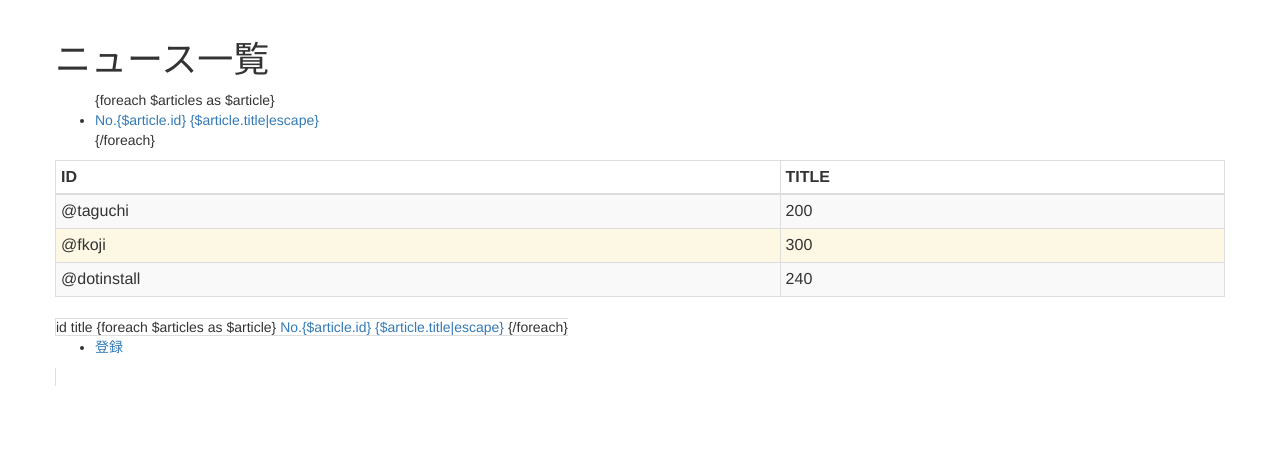
Repository: misakitaro/news-php-20160704-cl9
Page: templates/index.html
The author's editor kept a record of every edit. The page is drawn from the files as they stood at one moment, then again after the next edit.
The browser window is 1280 px wide. The pictures show the whole page.

Above is the page before.

### templates/index.html
<html lang="ja">

<head>
  <meta charset="utf-8">
  <title>ニュース</title>
  <!-- Latest compiled and minified CSS -->
  <link rel="stylesheet" href="https://maxcdn.bootstrapcdn.com/bootstrap/3.3.6/css/bootstrap.min.css" integrity="sha384-1q8mTJOASx8j1Au+a5WDVnPi2lkFfwwEAa8hDDdjZlpLegxhjVME1fgjWPGmkzs7" crossorigin="anonymous">
  <!-- Optional theme -->
  <link rel="stylesheet" href="https://maxcdn.bootstrapcdn.com/bootstrap/3.3.6/css/bootstrap-theme.min.css" integrity="sha384-fLW2N01lMqjakBkx3l/M9EahuwpSfeNvV63J5ezn3uZzapT0u7EYsXMjQV+0En5r" crossorigin="anonymous">
</head>

<body>
  <div class="container" style="padding:20px 0">
    <h1>ニュース一覧</h1>
    <ul>
      {foreach $articles as $article}
      <li><a href="view.php?id={$article.id}">No.{$article.id} {$article.title|escape}</a></li>
      {/foreach}
    </ul>

    <table class="table table-striped table-bordered table-hover table-condensed">
      <thead>
        <tr>
          <th>ID</th>
          <th>TITLE</th>
        </tr>
      </thead>
      <tbody>
        <tr>
          <td>@taguchi</td>
          <td>200</td>
        </tr>
        <tr class="warning">
          <td>@fkoji</td>
          <td>300</td>
        </tr>
        <tr>
          <td>@dotinstall</td>
          <td>240</td>
        </tr>
      </tbody>
    </table>

    <talbe class="table table-striped table-bordered table-hover table-condensed">
      <thread>
        <tr>
          <th>id</th>
          <th>title</th>
        </tr>
      </thread>
      <tbody>
        {foreach $articles as $article}
        <tr>
          <td><a href="view.php?id={$article.id}">No.{$article.id}</a></td>
          <td><a href="view.php?id={$article.id}"> {$article.title|escape}</a></td>
        </tr>
        {/foreach}
      </tbody>


      <ul>
        <li><a href="regist_form.php">登録</a></li>
      </ul>
  </div>
  <!-- jquery -->
  <script src="http://code.jquery.com/jquery.js"></script>
  <!-- Latest compiled and minified JavaScript -->
  <script src="https://maxcdn.bootstrapcdn.com/bootstrap/3.3.6/js/bootstrap.min.js" integrity="sha384-0mSbJDEHialfmuBBQP6A4Qrprq5OVfW37PRR3j5ELqxss1yVqOtnepnHVP9aJ7xS" crossorigin="anonymous"></script>
</body>

</html>

After the next edit:
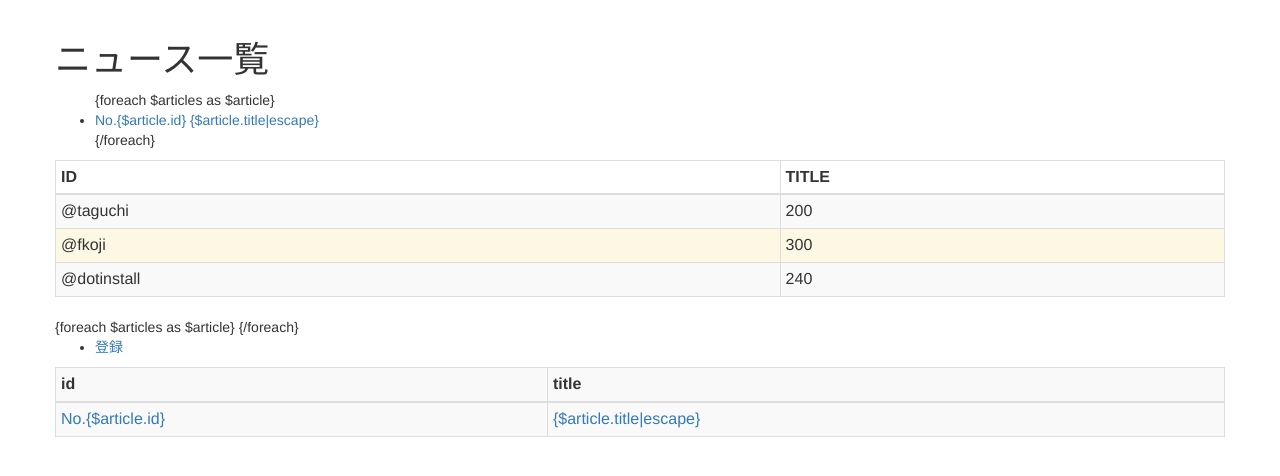
The edit:
--- a/templates/index.html
+++ b/templates/index.html
@@ -41,7 +41,7 @@
       </tbody>
     </table>
 
-    <talbe class="table table-striped table-bordered table-hover table-condensed">
+    <table class="table table-striped table-bordered table-hover table-condensed">
       <thread>
         <tr>
           <th>id</th>
